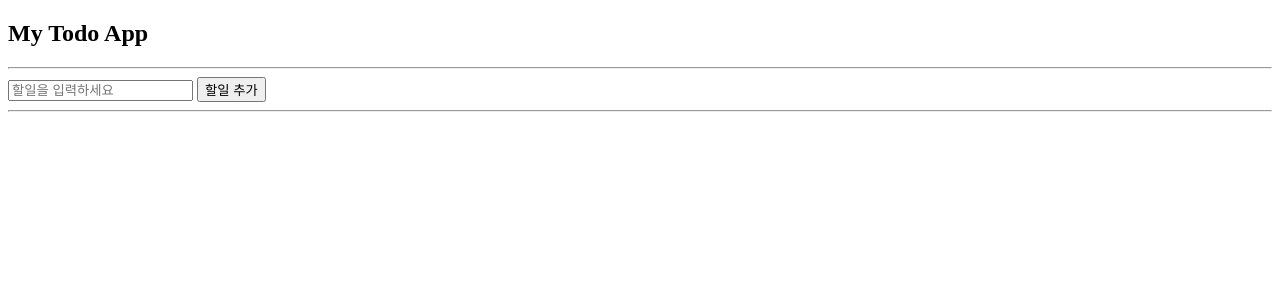
Repository: VvsJaemin/jsp-spring
Page: jwbook/src/main/webapp/ch03/todoapp.html
The author's editor kept a copy of each file at every save. The page is drawn from the files as they stood at one save, then again after the next save.
The browser window is 1280 px wide. The pictures show the whole page.

Above is the page before, as saved 2021-12-19 07:18:40.

After the next save:
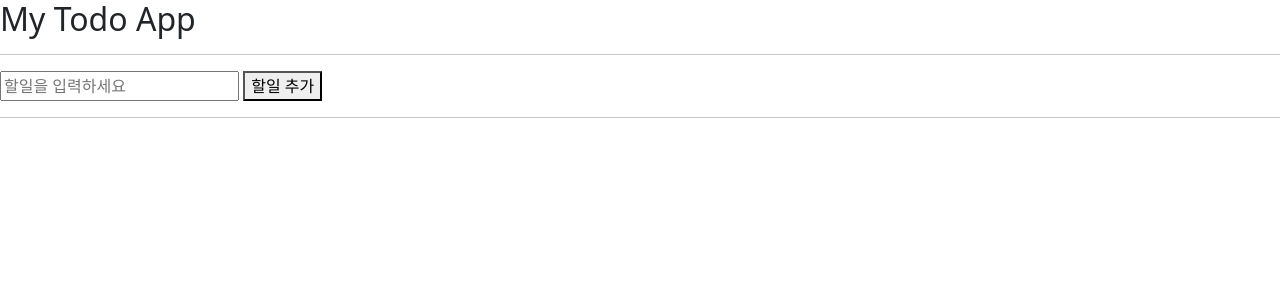
Saved 68 s later.
--- a/jwbook/src/main/webapp/ch03/todoapp.html
+++ b/jwbook/src/main/webapp/ch03/todoapp.html
@@ -3,6 +3,7 @@
 <head>
 <meta charset="utf-8">
 <title>Insert title here</title>
+<link href="https://cdn.jsdelivr.net/npm/bootstrap@5.1.3/dist/css/bootstrap.min.css" rel="stylesheet" integrity="sha384-1BmE4kWBq78iYhFldvKuhfTAU6auU8tT94WrHftjDbrCEXSU1oBoqyl2QvZ6jIW3" crossorigin="anonymous">
 </head>
 <body>
 	<div>
